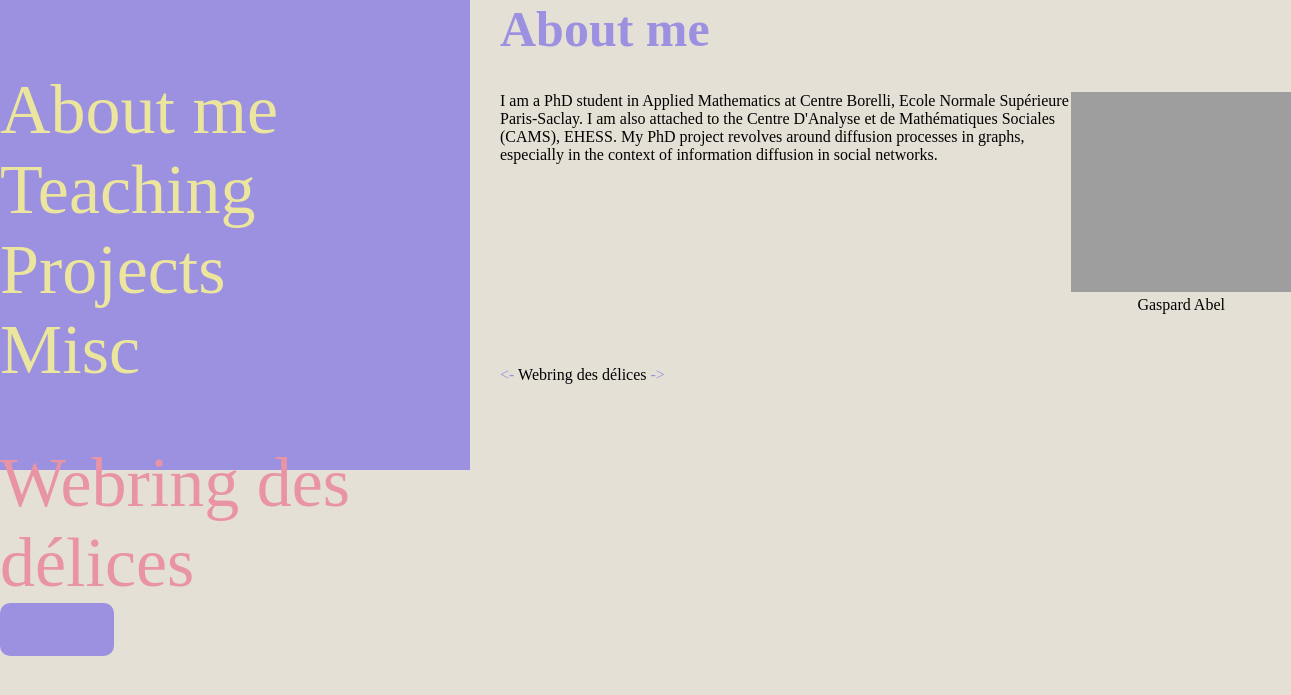
Repository: gaetanserre/gas-abel.github.io
Page: .vscode/gas-abel.github.io/index.html
The author's editor kept a copy of each file at every save. The page is drawn from the files as they stood at one save, then again after the next save.
The browser window is 1280 px wide. The page is 1291 px wide, so the pictures cover 1291 px, including what lies to the right of the window. The pictures show the whole page.
Pictures or frames that could not be fetched are drawn as grey boxes. Some web fonts or font styles are not loaded; a fallback is used.

Above is the page before, as saved 2025-06-29 19:46:16.

After the next save:
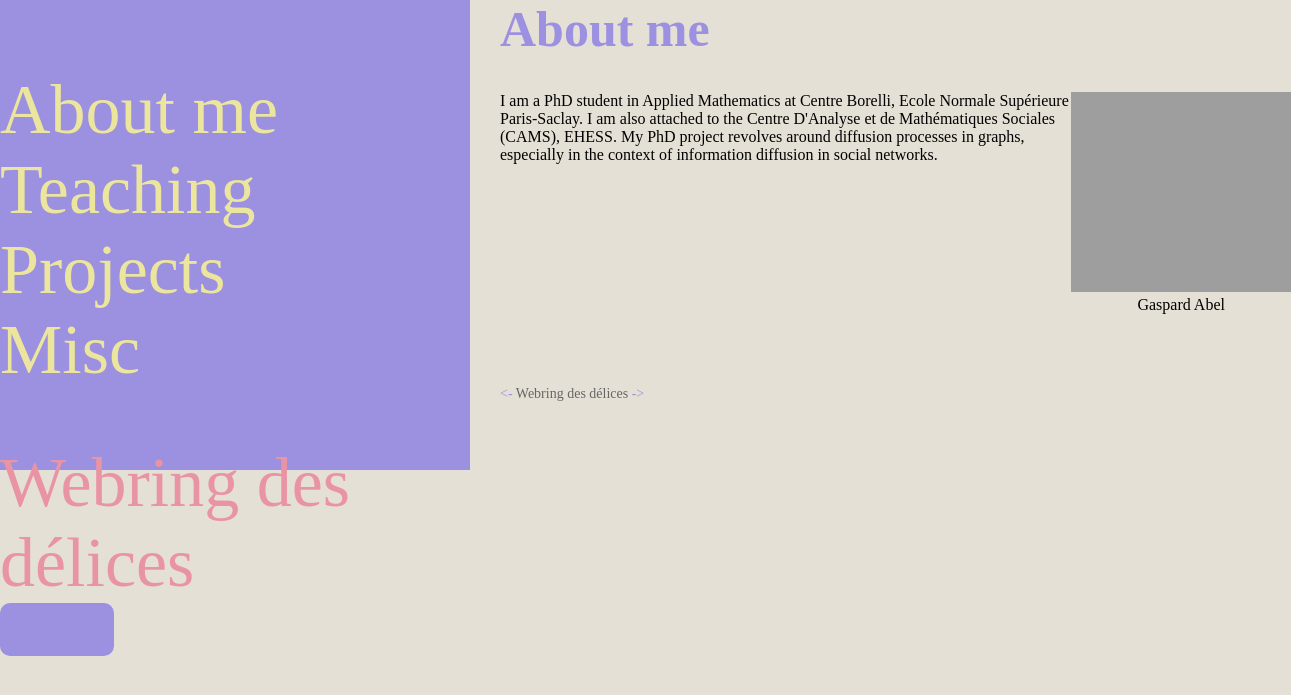
Saved 4 min 15 s later.
--- a/.vscode/gas-abel.github.io/index.html
+++ b/.vscode/gas-abel.github.io/index.html
@@ -36,7 +36,7 @@
             </p>
             <br>
             <br>
-            <div id="footnote"> <a href="https://debauss.art/"> <-</a> Webring des délices <a href="https://www.gaetanserre.fr/"> -></a>
+            <div id="footnotes"> <a href="https://debauss.art/"> <-</a> Webring des délices <a href="https://www.gaetanserre.fr/"> -></a>
             </div>
     </body>
 </html>
